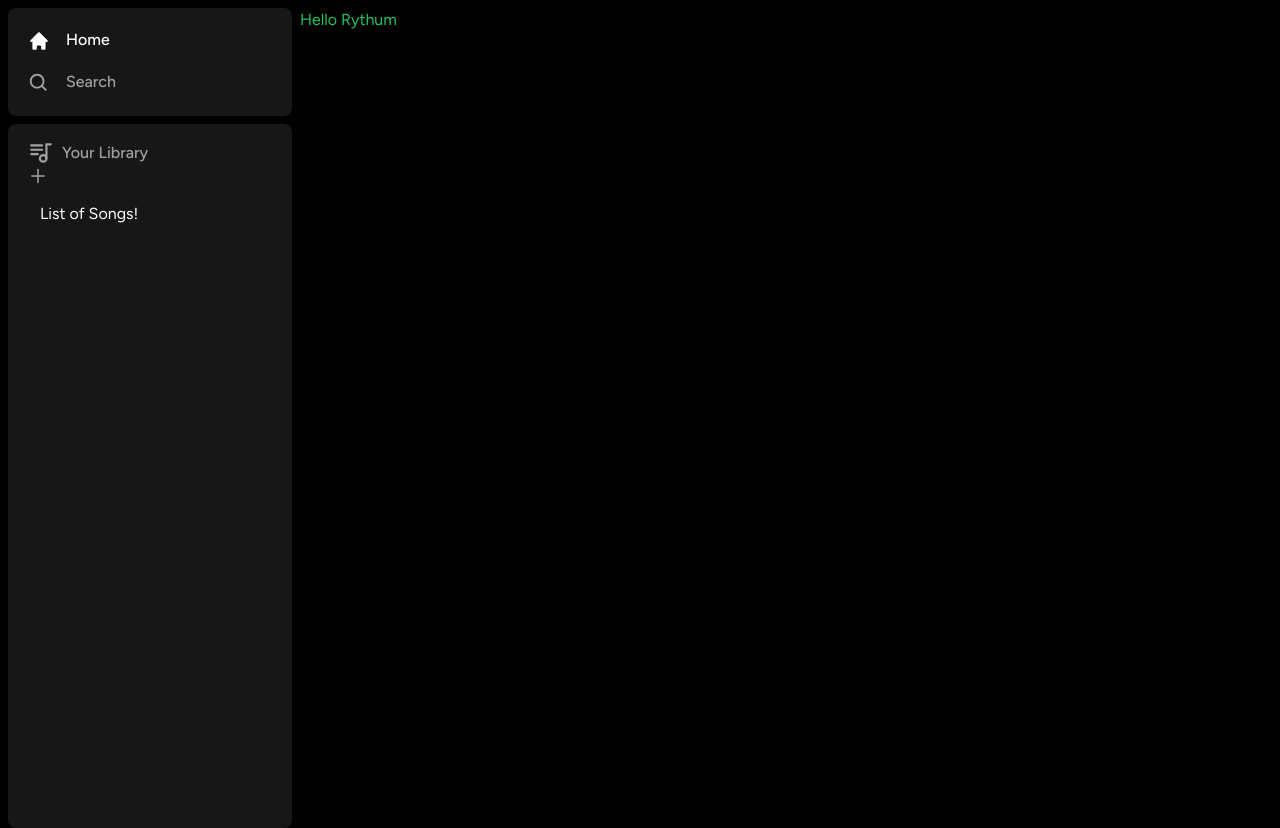
Repository: syni18/Rythum
Page: /
The author's editor kept a copy of each file at every save. The page is drawn from the files as they stood at one save, then again after a run of saves.
The browser window is 1280 px wide. The pictures show the whole page.
The project was rebuilt for these pictures with package versions that can differ from the ones it lists, and the page was loaded fresh each time. The framework's server and built-in components were replaced by stand-ins that run in the browser. Also part of the build but not shown: next.config.js.

Above is the page before, as saved 2023-11-11 16:59:29.

After the next 2 saves:
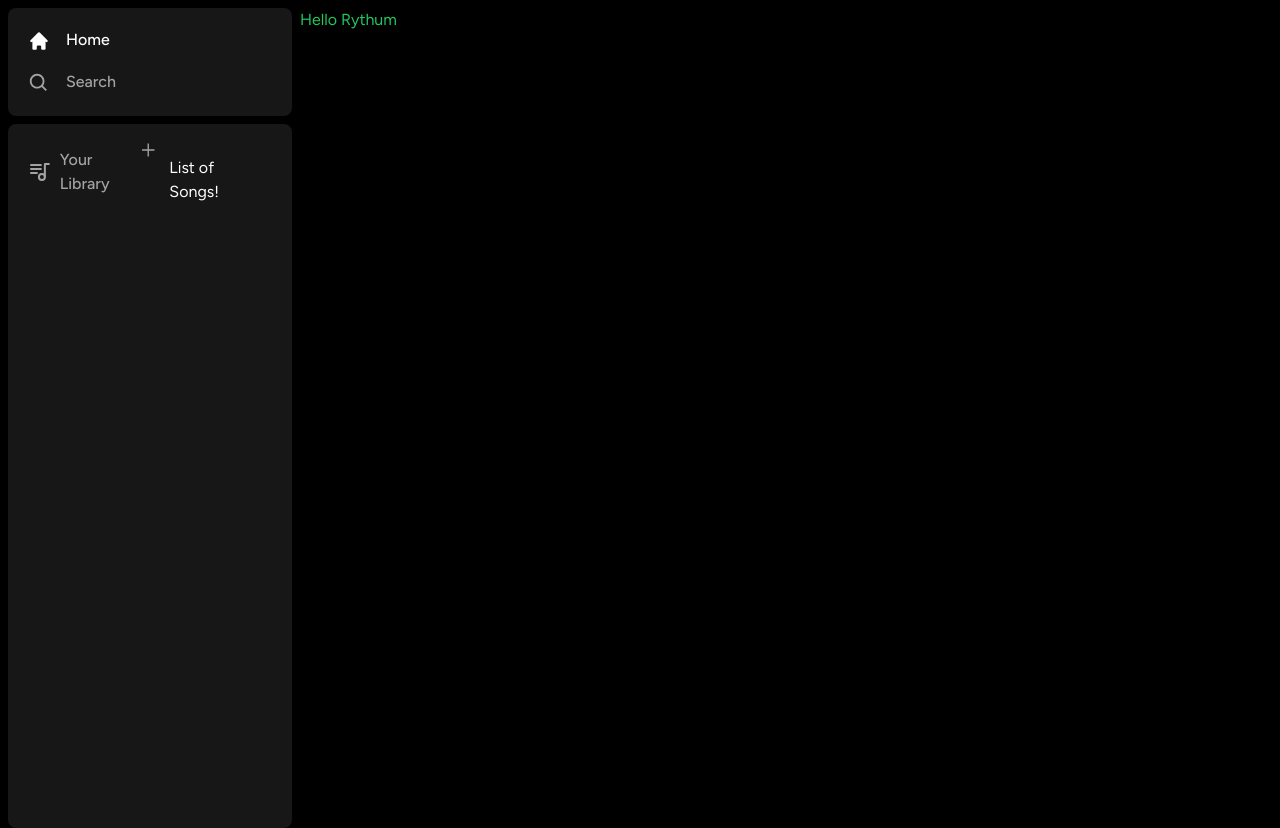
The 2 saves are shown as one change because they came seconds apart.
The last was saved 7 s later.
--- a/components/Library.tsx
+++ b/components/Library.tsx
@@ -10,12 +10,12 @@ const Library = () => {
 
     return (
         <div className="flex flex-col">
-            <div className="flex flex-col item-center justify-between px-5 pt-4">
+            <div className="flex item-center justify-between px-5 pt-4">
                 <div className="inline-flex items-center gap-x-2">
                     <TbPlaylist className="text-neutral-400" size={26}/>
                     <p className="text-neutral-400 font-medium text-md">Your Library</p>
                 </div>
-                    <AiOutlinePlus className="cursor-pointer text-neutral-400 hover:text-white transition" onClick={onClick} size={20} />
+                <AiOutlinePlus className="cursor-pointer text-neutral-400 hover:text-white transition" onClick={onClick} size={20} />
                 <div className="flex flex-col gap-y-2 mt-4 px-3">List of Songs!</div>
             </div>
         </div>
